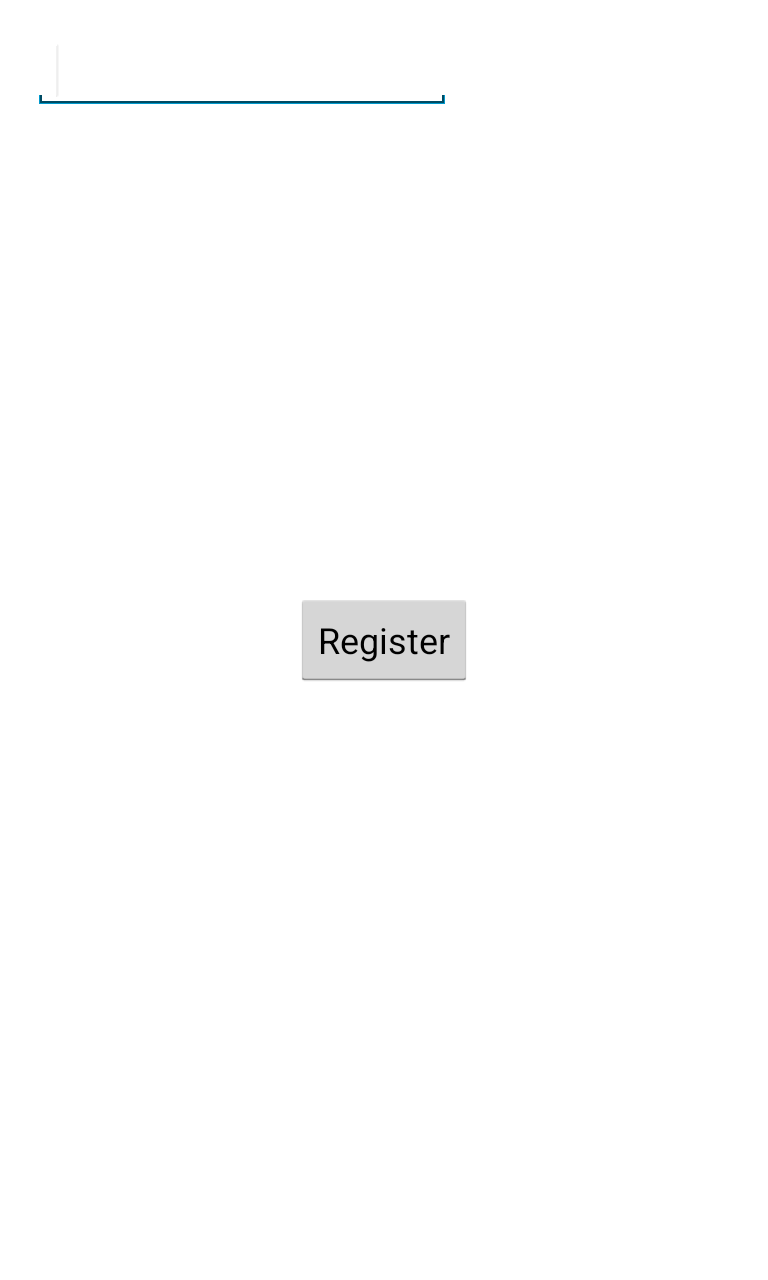
Repository: lethe13/AndroidProgramming
Layout: COMP304-Group1-MicroProject5/res/layout/activity_register.xml
An editor plug-in stored every save of this project. The layout is shown before and after the next save, followed by the edit.
It is drawn on a 768 x 1280 px phone screen (xhdpi) without system bars, with theme AppTheme; the app's code is not run.

Above is the layout before, as saved 2015-12-05 06:40:56.

After the next save:
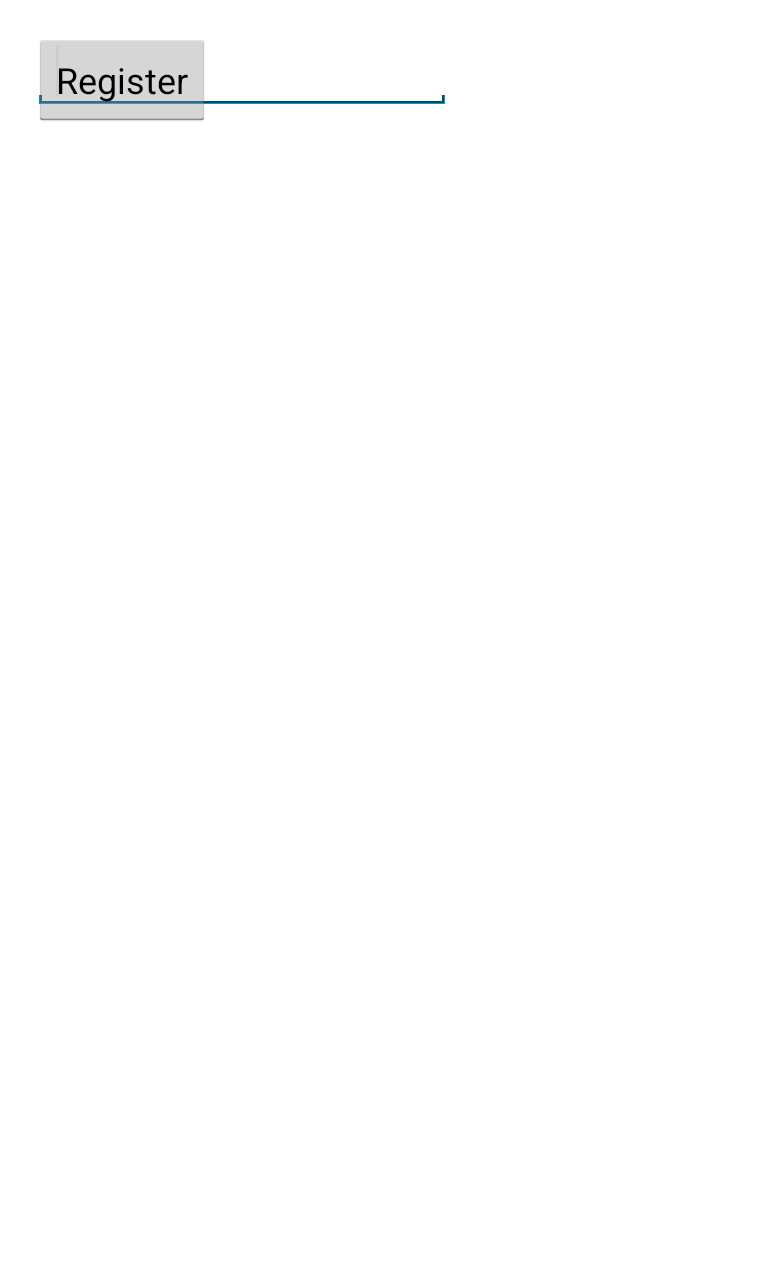
Saved 10 s later.
--- a/COMP304-Group1-MicroProject5/res/layout/activity_register.xml
+++ b/COMP304-Group1-MicroProject5/res/layout/activity_register.xml
@@ -37,8 +37,6 @@
         android:id="@+id/user_reg"
         android:layout_width="wrap_content"
         android:layout_height="wrap_content"
-        android:layout_centerHorizontal="true"
-        android:layout_centerVertical="true"
         android:text="Register" />
 
 </RelativeLayout>
